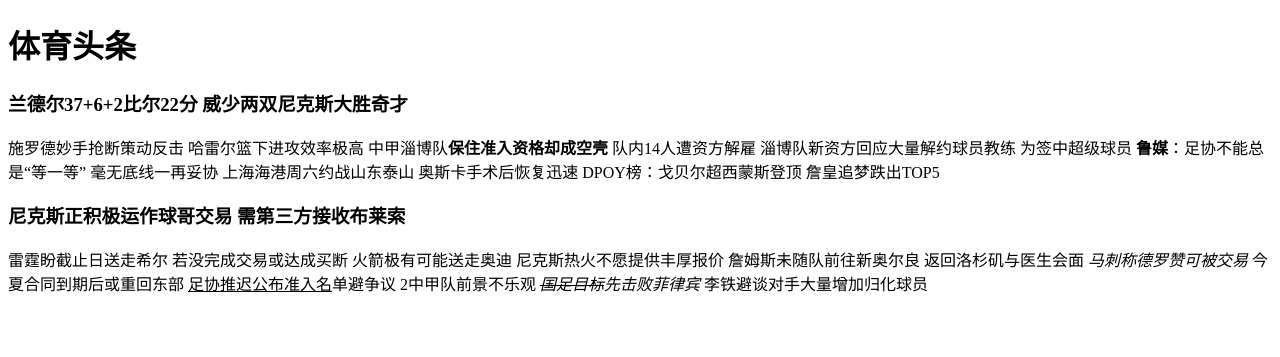
Repository: zhengdeya/web-based
Page: 02-体育新闻.html
An editor plug-in stored every save of this project. The page is shown before and after the next save, followed by the edit.
The browser window is 1280 px wide. The pictures show the whole page.

Above is the page before, as saved 2021-03-24 11:06:33.

After the next save:
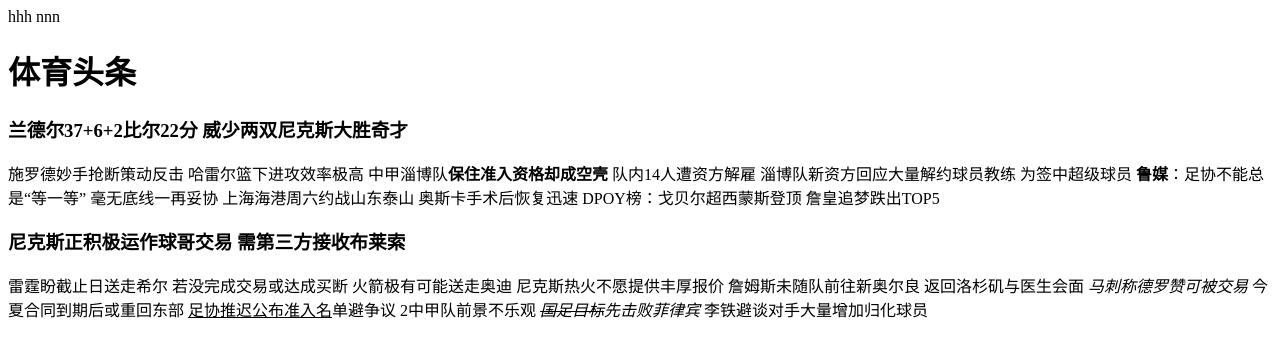
Saved 3 min 3 s later.
--- a/02-体育新闻.html
+++ b/02-体育新闻.html
@@ -9,6 +9,8 @@
 </head>
 
 <body>
+    <span>hhh</span>
+    <span>nnn</span>
     <div>
         <h1>体育头条</h1>
         <h3>兰德尔37+6+2比尔22分 威少两双尼克斯大胜奇才</h3>
